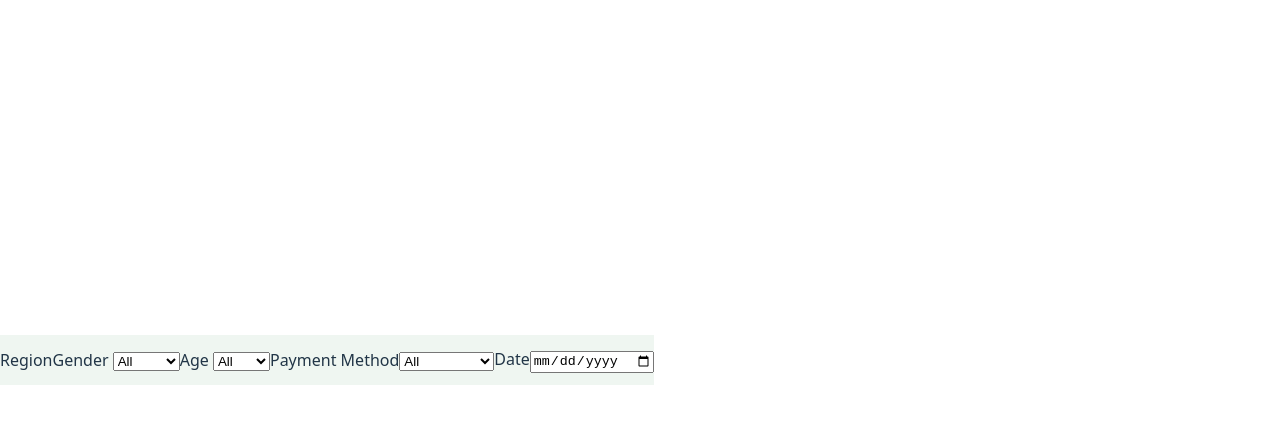
Repository: SandeepYadav18717/TruEstae
Page: / (app in TruEstae/)
The author's editor kept a copy of each file at every save. The page is drawn from the files as they stood at one save, then again after the next save.
The browser window is 1280 px wide. The pictures show the whole page.
The project was rebuilt for these pictures with package versions that can differ from the ones it lists, and the page was loaded fresh each time. Also part of the build but not shown: TruEstae/vite.config.js, TruEstae/src/App.css, TruEstae/src/Styles/Logo.css, TruEstae/src/Pages/Logo.jsx, TruEstae/src/Styles/search_bar.css, TruEstae/src/components/search_bar.jsx.

Above is the page before, as saved 2025-12-06 21:28:29.

After the next save:
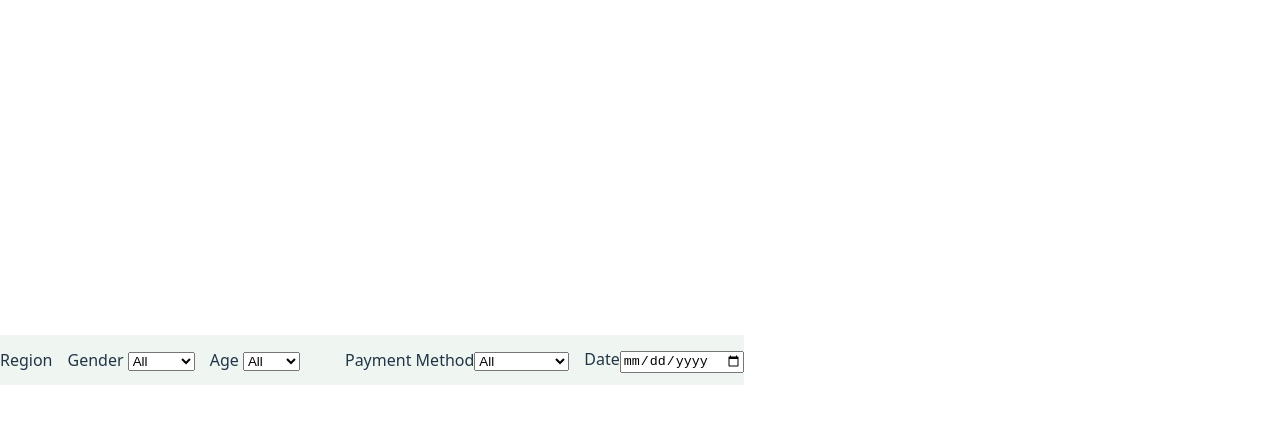
Saved 8 s later.
--- a/TruEstae/src/Styles/Home.css
+++ b/TruEstae/src/Styles/Home.css
@@ -1,6 +1,6 @@
 .Container_Ui {
   display: flex;
-  gap=15px;
+  gap:15px;
   flex-direction: Row;
   align-items: center;
   justify-content: center;
